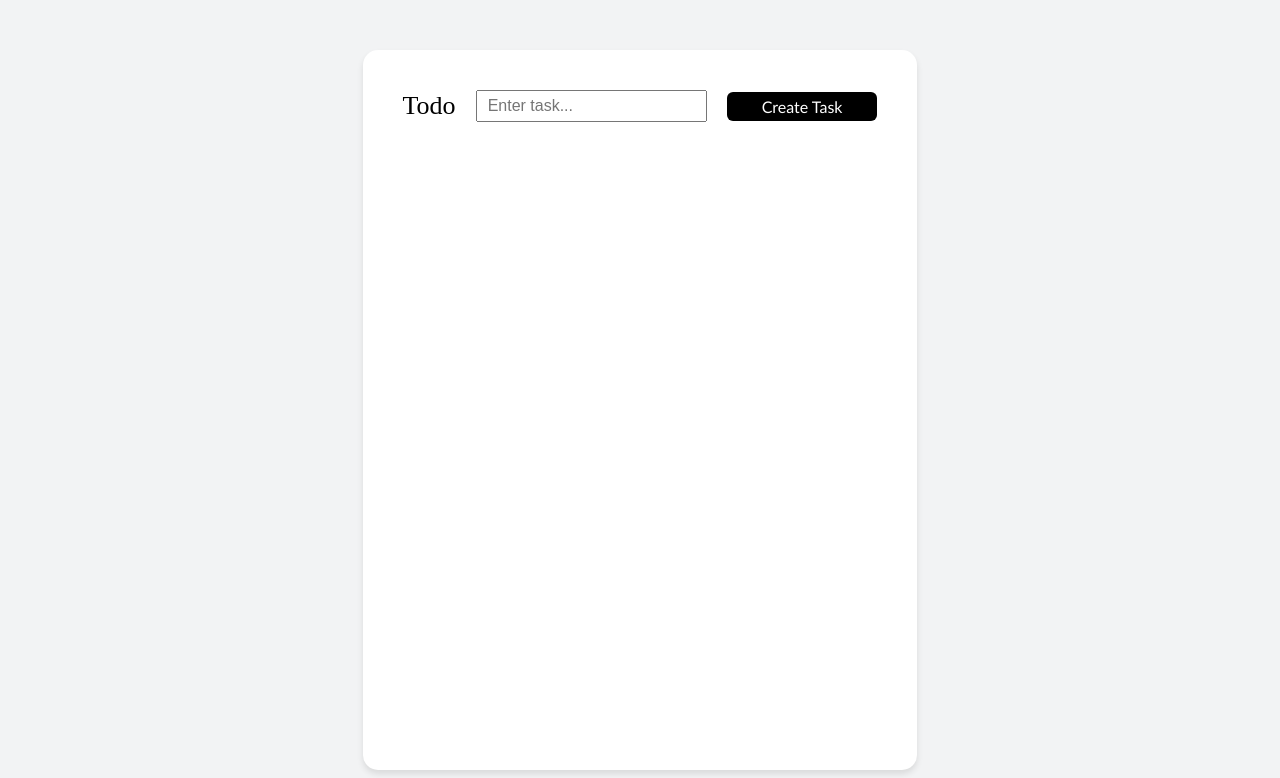
Repository: pawvan/todo_app
Page: markup/tod.html
An editor plug-in stored every save of this project. The page is shown before and after a run of saves, followed by the edit.
The browser window is 1280 px wide. The pictures show the whole page.

Above is the page before, as saved 2025-01-12 01:21:08.

After the next 2 saves:
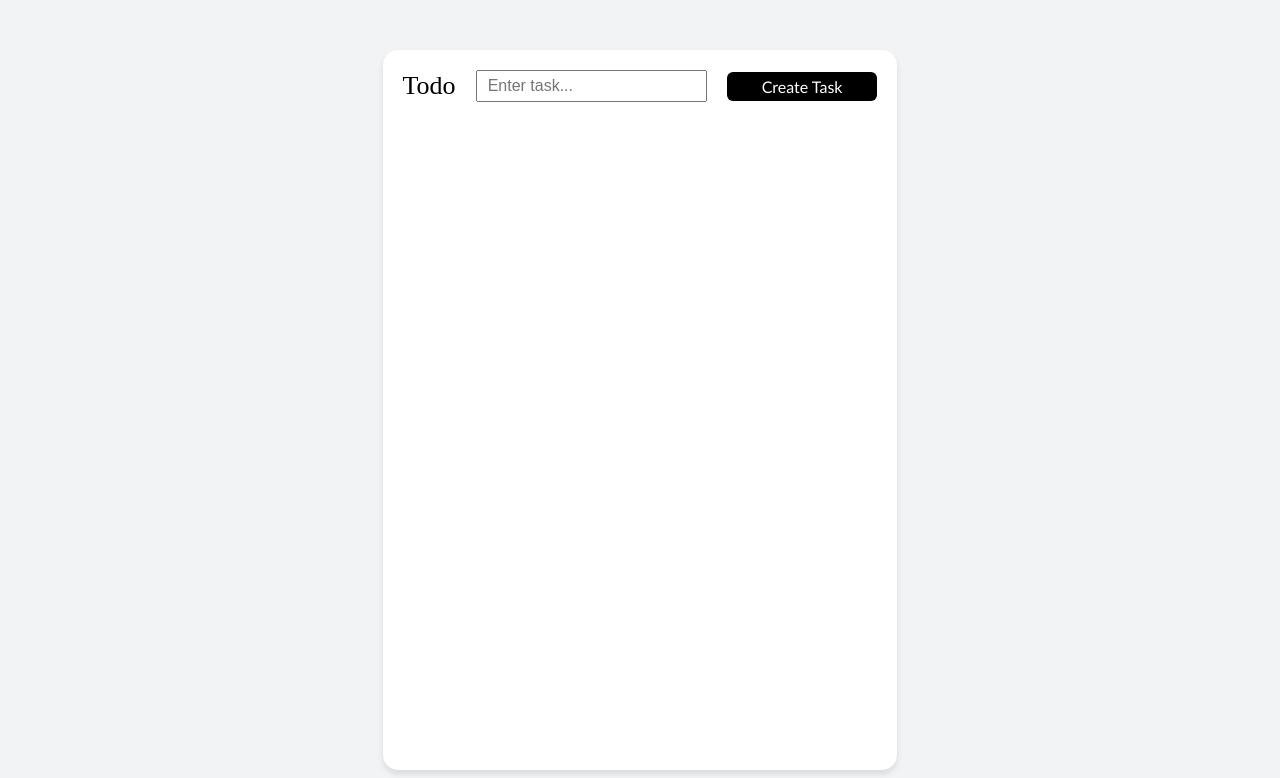
The 2 saves are shown as one change because they came seconds apart.
The last was saved 11 s later.
--- a/styles/todo.css
+++ b/styles/todo.css
@@ -13,11 +13,22 @@ body {
     margin: 20px;
 }
 
+li {
+    border-radius: 15px;
+   border-width:15px;
+    display: flex;
+    flex-direction: row;
+    align-items: flex-start;
+    gap: 10px;
+    justify-content: space-between;
+    margin: 20px;
+    padding: 20px;
+}
+
 .todo-container {
     background-color: white;
     border-radius: 15px;
     box-shadow: 0 4px 6px rgba(0, 0, 0, 0.1);
-    padding: 20px;
 }
 
 #task-list {
@@ -69,37 +80,19 @@ body {
     text-decoration: line-through;
 }
 
-.wrapper-check {
-    display: inline-flex;
-    align-items: center;
-    justify-content: center;
-    padding: 5px;
-    width: 35px;
-    height: 35px;
-    border-radius: 50%;
-    border: 2px solid #ccc;
-    transition: all 0.3s ease;
-}
-
-.wrapper-check input[type="checkbox"] {
+.radio-wrapper {
     width: 20px;
     height: 20px;
     border-radius: 50%;
+    display: inline-block;
+    position: relative;
+    margin-right: 10px;
+    border: 2px solid #333;
 }
-
-.wrapper-check:hover {
-    border-color: #0099cc;
-    background-color: rgba(0, 153, 204, 0.1); /* Light blue background */
+.wrapperCheck{
+    width: 29px;
+    padding: 5px;
+    border-width: 2px;
+    height: 29px;
+    border-radius:50%
 }
-
-/* Task item styling */
-li {
-    display: flex;
-    align-items: center;
-    justify-content: space-between;
-    margin: 15px 0;
-    padding: 10px;
-    background-color: #f9f9f9;
-    border-radius: 10px;
-    border: 1px solid #ddd;
-}
